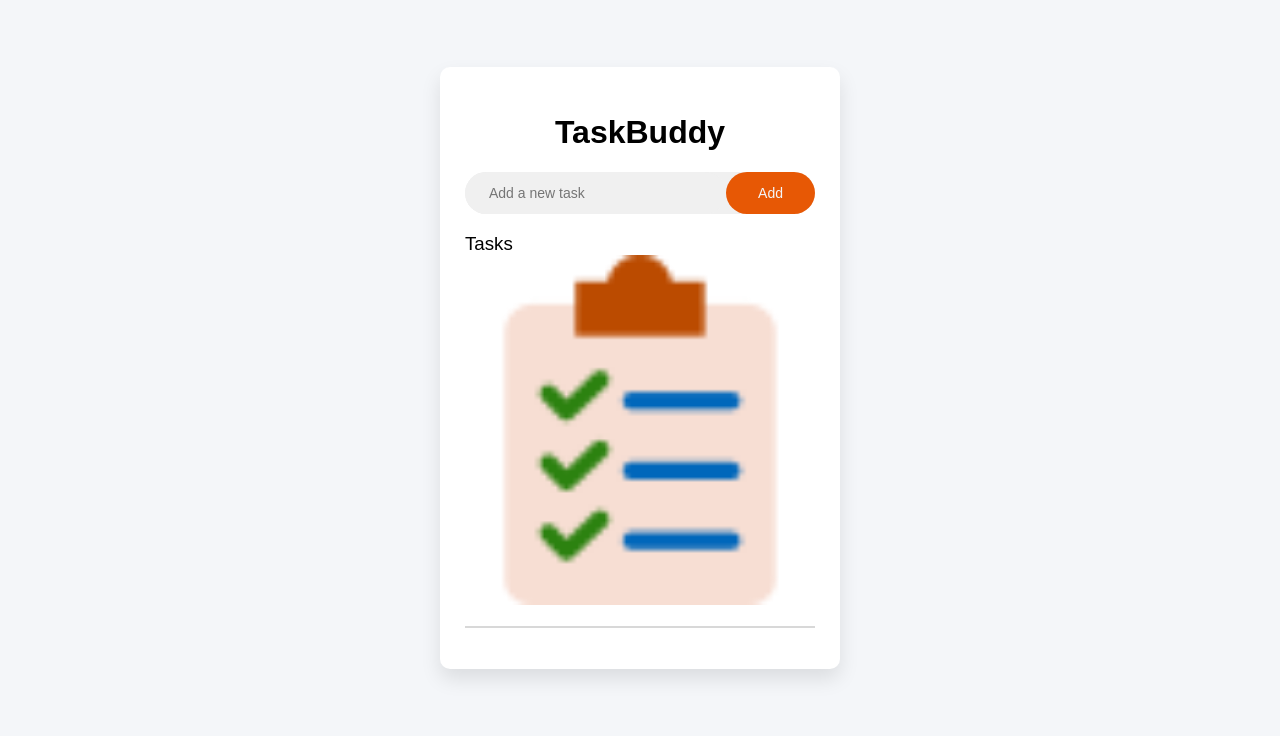
Repository: yogeshnandwani/taskbuddy-todo
Page: index.html
The author's editor kept a copy of each file at every save. The page is drawn from the files as they stood at one save, then again after the next save.
The browser window is 1280 px wide. The pictures show the whole page.

Above is the page before, as saved 2026-03-16 20:21:32.

### index.html
<!DOCTYPE html>
<html lang="en">
<head>
<meta charset="UTF-8">
<title>TaskBuddy</title>
<link rel="stylesheet" href="css/style.css">
</head>

<body>

<div class="app">

<h1>TaskBuddy</h1>

<div class="task-input">
<input type="text" id="taskInput" placeholder="Add a new task">
<button id="addBtn">Add</button>
</div>

<h3 class="task-heading">Tasks <span>
    <img src="images/tasks.png" alt="">
</span></h3>
<ul id="taskList">
</ul>

</div>

<script src="js/script.js"></script>

</body>
</html>

### css/style.css
body{
    font-family: Arial, sans-serif;
    background:#f4f6f9;
    display:flex;
    justify-content:center;
    align-items:center;
    height:100vh;
}

.app{
    background:white;
    padding:25px;
    border-radius:10px;
    width:350px;
    box-shadow:0 10px 20px rgba(0,0,0,0.1);
}

h1{
    text-align:center;
}

.task-input{
    display:flex;
    border-radius: 50px;
    background-color: #f0f0f0;
}

input{
    flex:1;
    padding:8px;
    border: none;
    border-radius: 50px;
    padding: 0.8rem 1.5rem;
    background-color: #f0f0f0;
    font-size: 14px;
}

input:focus{
    outline: none;
}

#addBtn{
    padding:0.8rem 2rem;
    border: none;
    border-radius: 50px;
    background-color: #e75805;
    color: #f4f6f9;
    cursor:pointer;
    font-size: 14px;
}

ul{
    display: flex;
    padding: 0;
    flex-direction: column;
    justify-content: center;
    align-items: center;
    border-top: 1px solid #00000027;
    border-bottom: 1px solid #00000027;
}

.task-heading{
    align-self: flex-start;
    font-weight: 500;
    margin-bottom: 5px;
    color: #000;
}

.task-heading span{
    width: 16px;
}

.task-heading span img{
    height: 100%;
    width: 100%;
    object-fit: contain;
}

li{
    display: flex;
    align-items: center;
    padding: 12px 0;
    justify-content: space-between;
    width: 100%;
    display:flex;
    justify-content:space-between;
    color: #333;
}

li:not(:last-child){
    border-bottom: 1px solid #00000027;
}

li .delete {
    width: 1.5rem;
    height: 1.5rem;
    border: none;
    background-color: transparent;
    display: flex;
    align-items: center;
    justify-content: center;
    cursor: pointer;
    border-radius: 50%;
}

li .delete img {
    width: 1.5rem;
    height: auto;
    object-fit: contain;
    border-radius: 50%;
    filter: saturate(0);
    transition: all 0.1s ease-in;
}

li .delete:hover img{
    filter: saturate(1);
}

### js/script.js
const input = document.getElementById("taskInput")
const addBtn = document.getElementById("addBtn")
const list = document.getElementById("taskList")
let tasks = JSON.parse(localStorage.getItem("tasks")) || []

addBtn.addEventListener("click", addTask)

function addTask() {
    const taskText = input.value.trim()

    if (taskText === "") return

    tasks.push(taskText)

    saveTasks()

    input.value = ""
}

function saveTasks(){
    localStorage.setItem("tasks", JSON.stringify(tasks))
    renderTasks()
}

function renderTasks(){
    list.innerHTML = ""

    tasks.forEach(task => {

        const li = document.createElement("li")

        li.innerHTML = `
        <span>${task}</span>
        <button class="delete">
            <img src="images/delete.png" alt="Delete icon">
        </button>
        `

        list.appendChild(li)
    })
}

list.addEventListener("click", function(e){
    const deleteBtn = e.target.closest(".delete")

    if(deleteBtn){

        const index = [...list.children].indexOf(deleteBtn.parentElement)

        tasks.splice(index,1)

        saveTasks()
    }
})

renderTasks()

After the next save:
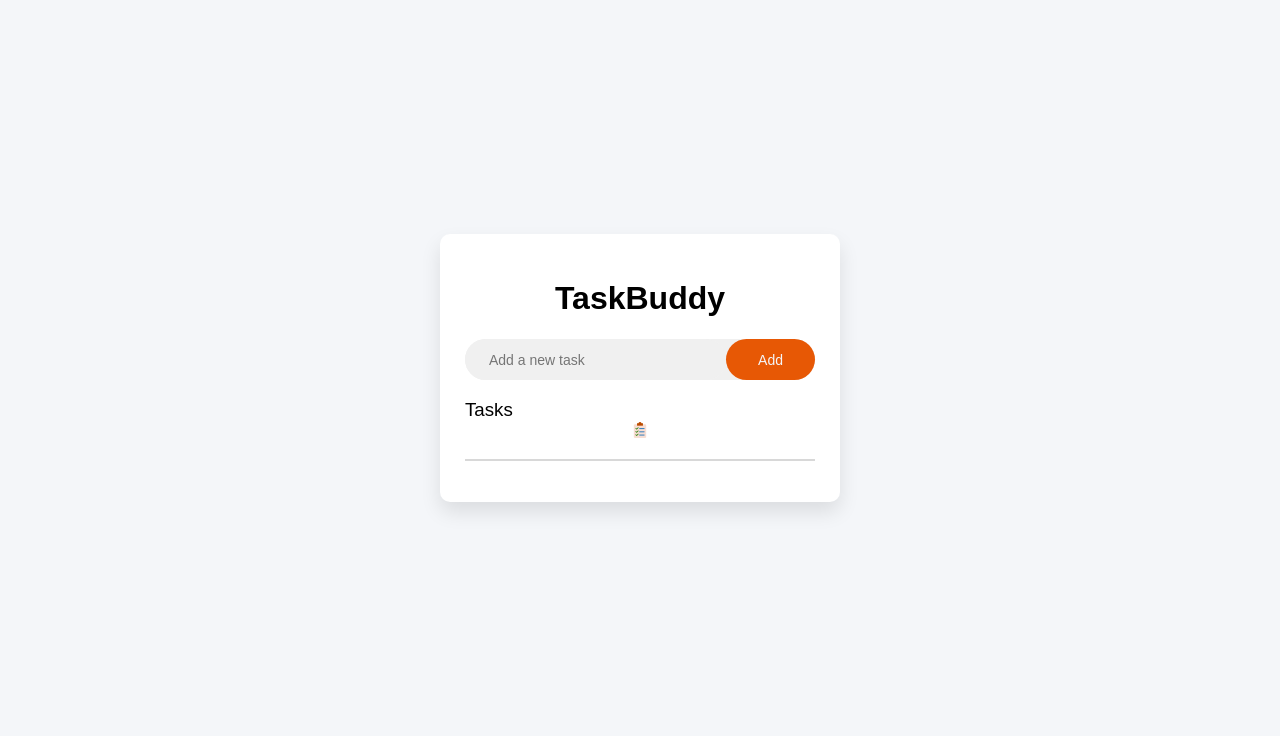
Saved 6 s later.
--- a/css/style.css
+++ b/css/style.css
@@ -71,7 +71,7 @@ ul{
 }
 
 .task-heading span img{
-    height: 100%;
+    height: 16px;
     width: 100%;
     object-fit: contain;
 }
